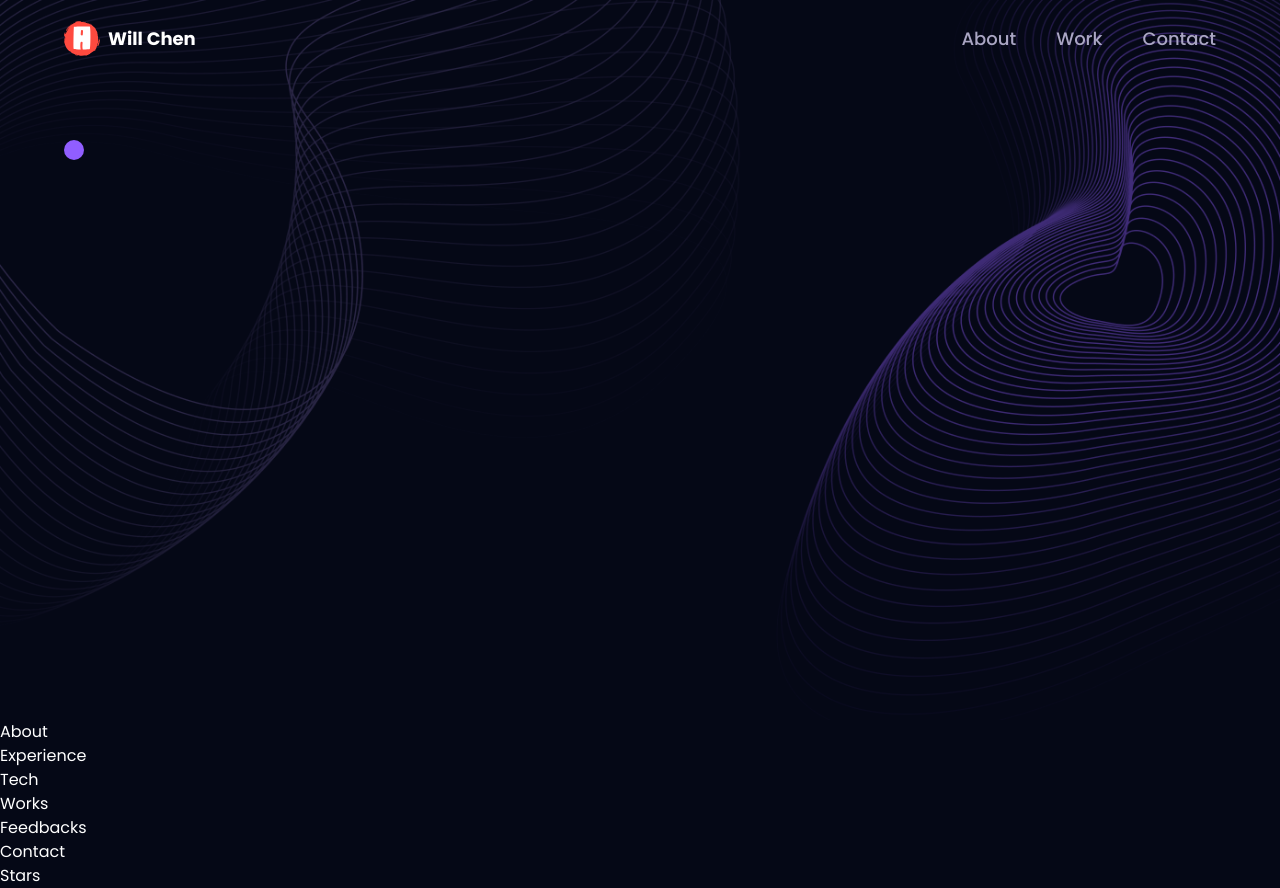
Repository: smallchungus/updatedPersonalWebsite
Page: /
The author's editor kept a copy of each file at every save. The page is drawn from the files as they stood at one save, then again after a run of saves.
The browser window is 1280 px wide. The pictures show the whole page.
The project was rebuilt for these pictures with package versions that can differ from the ones it lists, and the page was loaded fresh each time. Also part of the build but not shown: vite.config.js, src/components/canvas/Earth.jsx, src/components/canvas/Ball.jsx, src/components/canvas/Computers.jsx.

Above is the page before, as saved 2023-11-26 12:05:15.

After the next 5 saves:
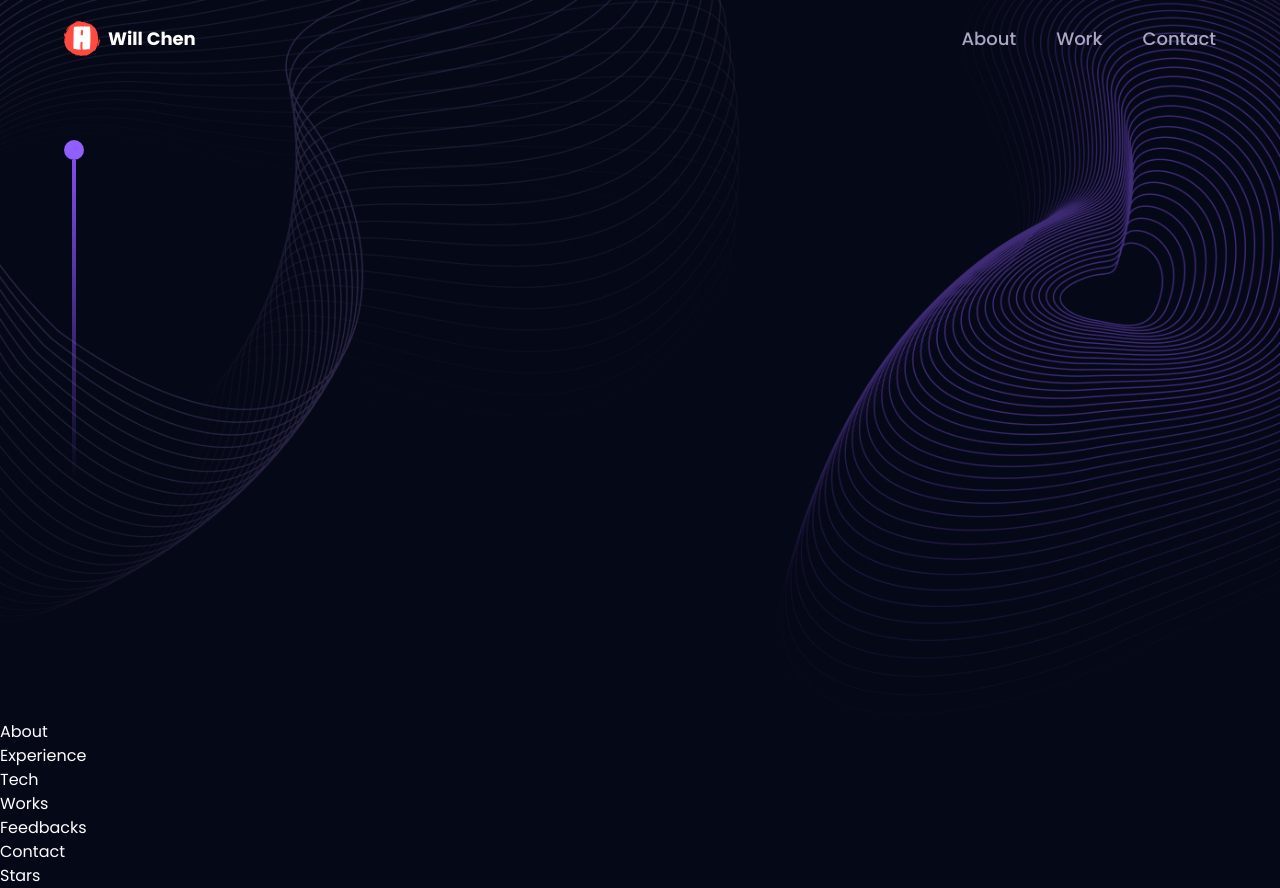
The 5 saves are shown as one change because 2 did not build or start and some came seconds apart.
The last was saved 49 s later.
--- a/src/components/Hero.jsx
+++ b/src/components/Hero.jsx
@@ -10,6 +10,7 @@ const Hero = () => {
       <div className={`${styles.paddingX} absolute inset-0 top-[120px] max-w-7xl mx-auto flex flex-row items-start gap-5`}>
         <div className ="flex flex-col justify-center items-center mt-5">
           <div className ="w-5 h-5 rounded-full bg-[#915eff]"/>
+          <div className="w-1 sm:h-80 h-40 violet-gradient" />
         </div>
       </div>
     </section>
